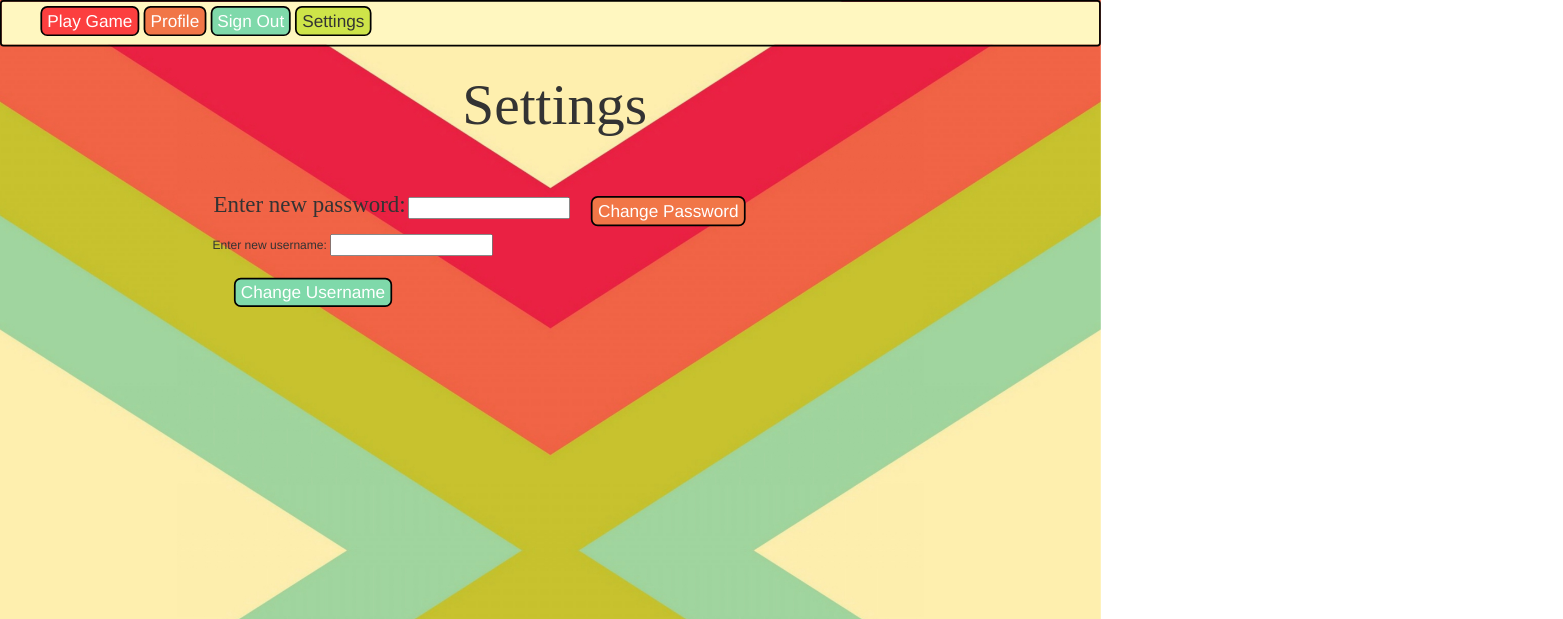
Repository: Acliu1498/RPGyping
Page: http://localhost/php/Settings.php
The author's editor kept a record of every edit. The page is drawn from the files as they stood at one moment, then again after the next edit.
The browser window is 1280 px wide. The page is 1818 px wide, so the pictures cover 1818 px, including what lies to the right of the window. The pictures show the whole page, at 86% of full size.
The page is run by PHP 8.4 with error messages shown; the project is at /var/www/html/. The session is filled in as if someone had signed in: {"username": "testuser", "userID": 1, "accessCode": 1, "userType": "teacher"}. Other server files are loaded and not shown.

Above is the page before.

### php/Settings.php
<link rel="stylesheet" href="../css/Settings.css" type="text/css"/>

<?php session_start();
    $servername = "127.0.0.1";
    $username = "root";
    $password = "egr302";

    // Create connection
    $conn = new mysqli($servername, $username, $password);

    // Check connection
    if ($conn->connect_error) {
      die("Connection failed: " . $conn->connect_error);
    }
?>
<html lang="en">
<head>
  <meta charset="utf-8">
  <meta name="viewport" content="width=device-width, initial-scale=1">
  <link rel="stylesheet" href="https://www.w3schools.com/w3css/4/w3.css">
  <link rel="stylesheet" href="https://maxcdn.bootstrapcdn.com/bootstrap/3.3.7/css/bootstrap.min.css">
  <script src="https://ajax.googleapis.com/ajax/libs/jquery/3.3.1/jquery.min.js"></script>
  <script src="https://maxcdn.bootstrapcdn.com/bootstrap/3.3.7/js/bootstrap.min.js"></script>

</head>
    <body background="../images/kindergarden2.jpg">
    <audio controls autoplay loop="loop" hidden="true">

    <!-- this is where the audio is being controlled -->
      <source src="../Music/Fantasy_Game_Background.mp3" type="audio/mpeg">
      <!--The nav bars where shows profiles should only show the type of user (ex: if teacher has logged in, there shouldn't be a tab for student profile)-->

    </audio>
    <nav class="navbar navbar-inverse">
      <div class="container-fluid">
        <div class="navbar-header">
          <a class="navbar-brand" href="#"></a>
        </div>
        <ul class="nav navbar-nav">
          <li><button class="button1" onclick="window.location='../php/Sentences.php'">Play Game</button></li>
          <?php if ($_SESSION["userType"] == "student" || $_SESSION["userType"] == "general") { ?>
            <li><button class="button2" onclick="window.location='../php/Game_Profile.php'">Profile</button></li>
          <?php } else { ?>
            <li><button class="button2" onclick="window.location='../php/Teacher_Profile.php'">Profile</button></li>
          <?php } ?>
          <li><button class="button3" onclick="window.location='../php/SignOutGeneral.php'">Sign Out</button></li>
          <li><button class="button4" onclick="window.location='../php/Settings.php'">Settings</button></li>
        </ul>
      </div>
    </nav>
    </body>
</html>

<link rel="stylesheet" type="text/css" href="../css/Settings.css">

<html>
    <body background>
      <p>Settings</p>


        </br></br>
        <div class="settings">
          <div class="container">
            <div class="row">
              <form class="pwForm" action="../php/Settings.php" method=POST>
                <p1>Enter new password:</p1>
                <input type="password" name="newPW">
                <!--Re-enter new password:-->
                <!--<input type="password" name="samePW"></br></br>-->
                <button class="button5" type="submit" name="pwSubmit" value="Change Password" onclick="changePassword()">Change Password</button>
              </form>

              <form class="usernameForm" action="../php/Settings.php" method=POST>
                Enter new username:
                <input type="text" name="newUsername"> </br></br>
                <button class="button6" type="submit" name="userSubmit" value="Change Username" onclick="changeUsername()">Change Username</button>
              </form>
            </div>
          </div>
        </div>

        <?php
          if (isset($_POST['pwSubmit'])) {
            $newPassword = $_POST["newPW"];
            $sql = "USE egr302";
            if ($conn->query($sql) === TRUE) {
              $hash = password_hash($newPassword, PASSWORD_DEFAULT);
              $pwParentChange = mysqli_query($conn, "UPDATE parent_TBL SET password = '" .$hash."' WHERE username= '". $_SESSION["username"]."'");
              if (mysqli_query($conn, "SELECT password from student_TBL WHERE studentID='".$_SESSION["userID"]."'")) {
                $pwStudentChange = mysqli_query($conn, "UPDATE student_TBL SET password = '" .$hash."' WHERE username= '". $_SESSION["username"]."'");
              }
              else if (mysqli_query($conn, "SELECT password from teacher_TBL WHERE teacherID='".$_SESSION["userID"]."'")) {
                $pwTeacherChange = mysqli_query($conn, "UPDATE teacher_TBL SET password = '" .$hash."' WHERE username= '". $_SESSION["username"]."'");
              }
              else {
                $pwGeneralChange = mysqli_query($conn, "UPDATE generalUser_TBL SET password = '" .$hash."' WHERE username= '". $_SESSION["username"]."'");
              }
              if ($pwParentChange && ($pwStudentChange||$pwTeacherChange||$pwGeneralChange)) {
                echo '<script type="text/javascript">completePW()</script>';
              }
              else {
                print("ERROR: ".mysqli_error($conn));
              }
            }
          }

          if (isset($_POST['userSubmit'])) {
            $newUsername = $_POST["newUsername"];
            $sql = "USE egr302";
            if ($conn->query($sql) === TRUE) {
              //UPDATE student_TBL SET username = newPassword WHERE id=SESSIONID#
              $userParentChange = mysqli_query($conn, "UPDATE parent_TBL SET username = '" .$newUsername."' WHERE accountID= '". $_SESSION["userID"]."'");
              if (mysqli_query($conn, "SELECT username from student_TBL WHERE studentID='".$_SESSION["userID"]."'")) {
                $userStudentChange = mysqli_query($conn, "UPDATE student_TBL SET username = '" .$newUsername."' WHERE studentID= '". $_SESSION["userID"]."'");
              }
              else if (mysqli_query($conn, "SELECT username from teacher_TBL WHERE teacherID='".$_SESSION["userID"]."'")) {
                $userTeacherChange = mysqli_query($conn, "UPDATE teacher_TBL SET username = '" .$newUsername."' WHERE teacherID= '". $_SESSION["userID"]."'");
              }
              else {
                $userGeneralChange = mysqli_query($conn, "UPDATE generalUser_TBL SET username = '" .$newUsername."' WHERE fk_userID= '". $_SESSION["userID"]."'");
              }
              if ($userParentChange && ($userStudentChange||$userTeacherChange||$userGeneralChange)) {
                $_SESSION["username"] = $newUsername;
                echo '<script type="text/javascript">completeName()</script>';
              }
            }
          }
        ?>


          <!--<button onclick="test()"></button>-->
          <!--<button onclick="test2()">TEST BUTTON</button>-->

        <script type="text/javascript">
          function completePW() {
            alert("Password changed");
          }
          function completeName() {
            alert("Username changed");
          }
          function test2() {
            document.getElementsById("newTEST").style.display = "none";
          }
          function test() {
            alert("TESTING");
            document.getElementById("test").style.display = "none";
          }
          function formAppear(phase) {
            if (phase == 1) {
              alert("form TESTING");
              document.getElementsByClassName("pwForm").style.display = "none";
            }
          }
        </script>
    </body>
</html>

### css/Settings.css
.button1{
    color:white;
    background-color:#FC3F3F;
    font-size:20px;
    border-radius:8px;
    border: 2px solid black;
    position:relative;
    top:5px;
    left:15px;
}
.button2{
    color:white;
    background-color:#F17647;
    font-size:20px;
    border-radius:8px;
    border: 2px solid black;
    position:relative;
    top:5px;
    left:20px;
}
.button3{
    color:white;
    background-color:#7FD9AA;
    font-size:20px;
    border-radius:8px;
    border: 2px solid black;
    position:relative;
    top:5px;
    left:25px;
}
.button4{
    background-color:#CEE449;
    font-size:20px;
    border-radius:8px;
    border: 2px solid black;
    position:relative;
    top:5px;
    left:30px;
}
.button5{
    color:white;
    background-color:#F17647;
    font-size:20px;
    border-radius:8px;
    border: 2px solid black;
    position:relative;
    top:5px;
    left:20px;
}
.button6{
    color:white;
    background-color:#7FD9AA;
    font-size:20px;
    border-radius:8px;
    border: 2px solid black;
    position:relative;
    top:5px;
    left:25px;
}
.button7{
    background-color:#CEE449;
    font-size:20px;
    border-radius:8px;
    border: 2px solid black;
    position:relative;
    top:5px;
    left:30px;
}
.navbar{
    background: linear-gradient(to bottom right,#FFF7C0,#FFF7C0);
    border: 2px solid black;
}
body{
    background-size:100%;
    background-repeat:no-repeat;
}
p{
    font-size:50pt;
    font-family: oblique;
    position:relative;
    left:42%;
}
p1{
    font-size:20pt;
    font-family: oblique;
    position:relative;
    left:.1%;
}
.settings{
    position:relative;
    left:15%;
}

After the next edit:
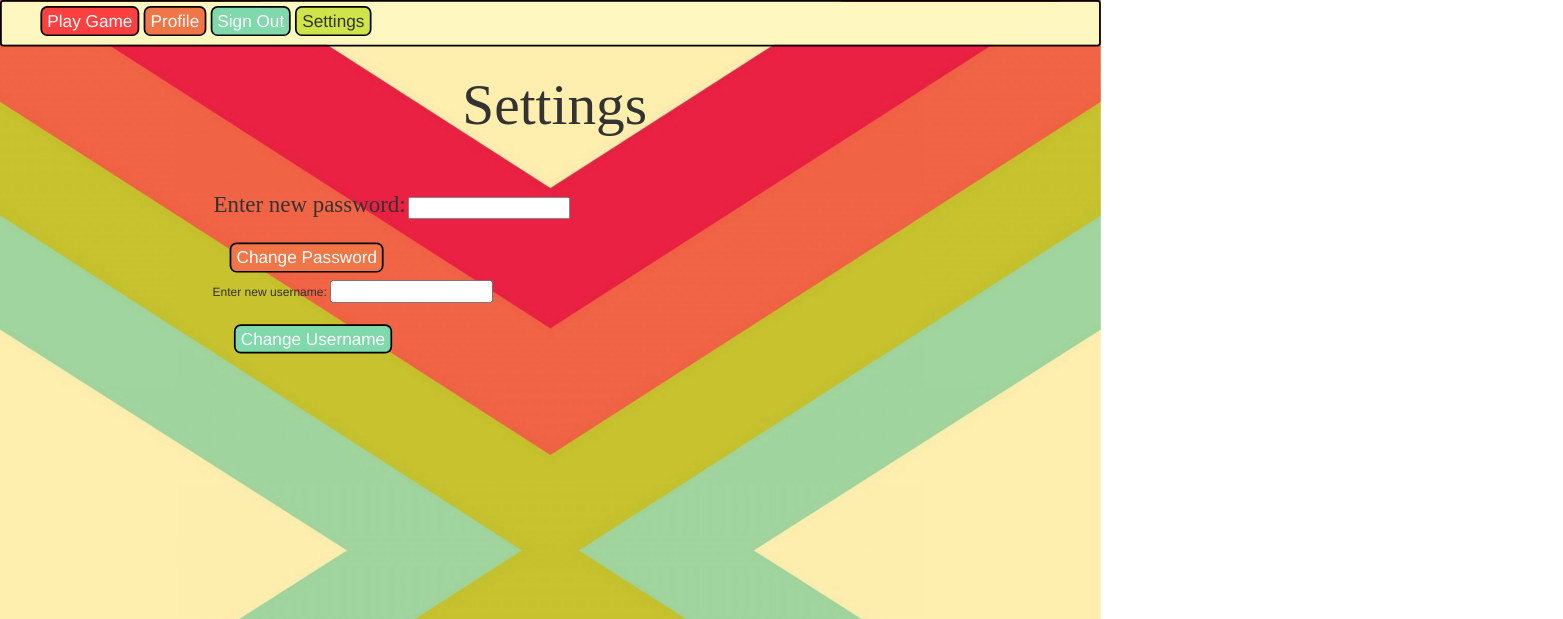
The edit:
--- a/php/Settings.php
+++ b/php/Settings.php
@@ -64,7 +64,7 @@
             <div class="row">
               <form class="pwForm" action="../php/Settings.php" method=POST>
                 <p1>Enter new password:</p1>
-                <input type="password" name="newPW">
+                <input type="password" name="newPW"> </br></br>
                 <!--Re-enter new password:-->
                 <!--<input type="password" name="samePW"></br></br>-->
                 <button class="button5" type="submit" name="pwSubmit" value="Change Password" onclick="changePassword()">Change Password</button>
